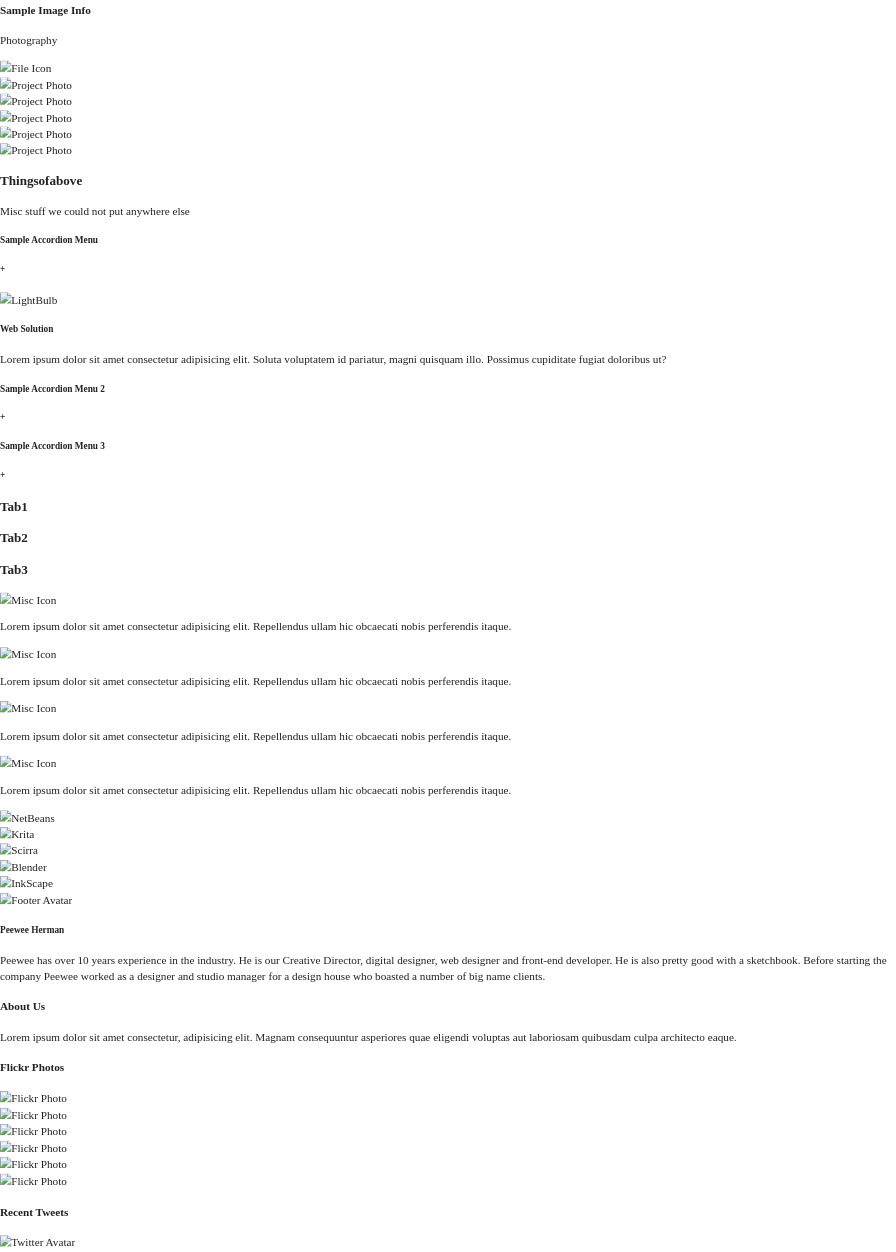
Repository: wilyyy/metrolics
Page: index.html
An editor plug-in stored every save of this project. The page is shown before and after the next save, followed by the edit.
The browser window is 1280 px wide. The pictures show the part of the page from y = 2551 to 4471 px (the page is 4339 px tall before and 4471 px after), at 70% of full size.

Above is the page before, as saved 2021-01-27 11:03:01.

### index.html
<!doctype html>
<html class="no-js" lang="">

<head>
  <meta charset="utf-8">
  <title>Home - Metrolics</title>
  <meta name="description" content="">
  <meta name="viewport" content="width=device-width, initial-scale=1">

  <meta property="og:title" content="">
  <meta property="og:type" content="">
  <meta property="og:url" content="">
  <meta property="og:image" content="">

  <link rel="manifest" href="site.webmanifest">
  <link rel="apple-touch-icon" href="icon.png">
  <!-- Place favicon.ico in the root directory -->

  <link rel="stylesheet" href="css/normalize.css">
  <link rel="stylesheet" href="css/main.css">

  <meta name="theme-color" content="#fafafa">
</head>

<body>

  <nav>
    <div class="logo">
      <h1 class="logo">Metrolics</h1>
      <img src="" alt="Metrolics Logo">
    </div>

    <div class="pages-container">
      <div class="page-button home">
        <img src="" alt="Page Icon" class="page-button-icon">
        <div>
          <p>Home</p>
        </div>
      </div>
      <div class="page-button pages">
        <img src="" alt="Page Icon" class="page-button-icon">
        <div>
          <p>Pages</p>
          <p>></p>
        </div>
      </div>
      <div class="page-button blog">
        <img src="" alt="Page Icon" class="page-button-icon">
        <div>
          <p>Blog</p>
          <p>></p>
        </div>
      </div>
      <div class="page-button portfolio">
        <img src="" alt="Page Icon" class="page-button-icon">
        <div>
          <p>Portfolio</p>
          <p>></p>
        </div>
      </div>
      <div class="page-button home-darkblue">
        <img src="" alt="Page Icon" class="page-button-icon">
        <div>
          <p>Home</p>
        </div>
      </div>
    </div>
  </nav>


  <header>
    <div class="column"></div>

    <div class="hero-image">
      <div class="arrow-containers">
        <div class="arrows">
          <img src="" alt="Left Arrow">
        </div>
        <div class="arrows">
          <img src="" alt="Right Arrow">
        </div>
      </div>
      <div class="header-info">
        <div class="header-info-container">
          <div class="header-info-indicator indicator-blue"></div>
          <h2>Metro Style</h2>
        </div>
        <div class="header-info-container">
          <div class="header-info-indicator indicator-salmon"></div>
          <h2>Retina Ready</h2>
        </div>
        <div class="header-info-container">
          <div class="header-info-indicator indicator-yellow"></div>
          <h2>Responsive Design</h2>
        </div>
      </div>
    </div>

    <div class="column"></div>
  </header>


  <main>
    <div>
      <h2>Hey guys! This is the Metrolics theme.
        It sports a responsive layout with a mobile layout.
      </h2>
    </div>

    <section>
      <div>
        <h3>Things That We Do</h3>
        <p>Ask us what we can do for you</p>
      </div>

      <div class="services-container">
        <div class="service">
          <img src="" alt="Web Solutions Icon">
          <h4>Web Solutions</h4>
          <p>We are a fairly small, flexible design studio that designs for print and web. We work flexibly
            with clients to fulfil their design needs. Whether you need to create a brand from scratch, including marketing materials and a beautiful and
            functional website or whether you are looking for a design refresh we are confident you will be pleased with the results.
          </p>
        </div>
      </div>

      <div class="services-container">
        <div class="service">
          <img src="" alt="Photography Icon">
          <h4>Photography</h4>
          <p>We are a fairly small, flexible design studio that designs for print and web. We work flexibly
            with clients to fulfil their design needs. Whether you need to create a brand from scratch, including marketing materials and a beautiful and
            functional website or whether you are looking for a design refresh we are confident you will be pleased with the results.
          </p>
        </div>
      </div>

      <div class="services-container">
        <div class="service">
          <img src="" alt="Web Development Icon">
          <h4>Web Development</h4>
          <p>We are a fairly small, flexible design studio that designs for print and web. We work flexibly
            with clients to fulfil their design needs. Whether you need to create a brand from scratch, including marketing materials and a beautiful and
            functional website or whether you are looking for a design refresh we are confident you will be pleased with the results.
          </p>
        </div>
      </div>

      <div class="services-container">
        <div class="service">
          <img src="" alt="Web Design Icon">
          <h4>Web Design</h4>
          <p>We are a fairly small, flexible design studio that designs for print and web. We work flexibly
            with clients to fulfil their design needs. Whether you need to create a brand from scratch, including marketing materials and a beautiful and
            functional website or whether you are looking for a design refresh we are confident you will be pleased with the results.
          </p>
        </div>
      </div>
    </section>

    <section>
      <div>
        <h3>What's Up Lately?</h3>
        <p>Read up on our latest work</p>
      </div>

      <div class="blog-container">
        <div class="blog">
          <div class="blog-image">
            <div class="blog-image-date">
              <h4>29</h4>
              <p>Nov. 2013</p>
            </div>
            <img src="" alt="Blog Image">
          </div>
          <div class="blog-image-info">
            <div>
              <h4>Sample Image Post</h4>
              <p>Photography</p>
            </div>
            <div class="blog-icon">
              <img src="" alt="Blog Icon">
            </div>
          </div>
        </div>
        <div class="blog">
          <div class="blog-image">
            <div class="blog-image-date">
              <h4>29</h4>
              <p>Nov. 2013</p>
            </div>
            <img src="" alt="Blog Image">
          </div>
          <div class="blog-image-info">
            <div>
              <h4>Sample Image Post</h4>
              <p>Photography</p>
            </div>
            <div class="blog-icon">
              <img src="" alt="Blog Icon">
            </div>
          </div>
        </div>
        <div class="blog">
          <div class="blog-image">
            <div class="blog-image-date">
              <h4>29</h4>
              <p>Nov. 2013</p>
            </div>
            <img src="" alt="Blog Image">
          </div>
          <div class="blog-image-info">
            <div>
              <h4>Sample Image Post</h4>
              <p>Photography</p>
            </div>
            <div class="blog-icon">
              <img src="" alt="Blog Icon">
            </div>
          </div>
        </div>
      </div>
    </section>

    <section>
      <div>
        <h3>Our Latest Projects</h3>
        <p>Client happy? We are happy</p>
      </div>

      <div class="project-photo">
        <img src="" alt="Project Photo">
        <div class="project-photo-hover">
          <div class="hover-info">
            <div>
              <h4>Sample Image Info</h4>
              <p>Photography</p>
            </div>
            <div class="info-icon">
              <img src="" alt="File Icon">
            </div>
          </div>
        </div>
      </div>

      <div class="project-photo">
        <img src="" alt="Project Photo">
      </div>

      <div class="project-photo">
        <img src="" alt="Project Photo">
      </div>

      <div class="project-photo">
        <img src="" alt="Project Photo">
      </div>

      <div class="project-photo">
        <img src="" alt="Project Photo">
      </div>

      <div class="project-photo">
        <img src="" alt="Project Photo">
      </div>
    </section>

    <section>
      <div>
        <h3>Thingsofabove</h3>
        <p>Misc stuff we could not put anywhere else</p>
      </div>

      <div class="misc-container">
        <div class="sample-menu">
          <div class="sample-featured">
            <div class="sample-header sample-header-blue">
              <h5>Sample Accordion Menu</h5>
              <h5>+</h5>
            </div>
            <div class="sample-content">
              <img src="" alt="LightBulb">
              <div>
                <h5>Web Solution</h5>
                <p>Lorem ipsum dolor sit amet consectetur adipisicing elit. Soluta voluptatem id pariatur, magni quisquam illo.
                  Possimus cupiditate fugiat doloribus ut?</p>
              </div>
            </div>
          </div>
          <div class="sample-header">
            <h5>Sample Accordion Menu 2</h5>
            <h5>+</h5>
          </div>
          <div class="sample-header">
            <h5>Sample Accordion Menu 3</h5>
            <h5>+</h5>
          </div>
        </div>

        <div class="tab-menu">
          <div class="tab-container">
            <div>
              <h3 class="tab-active">Tab1</h3>
            </div>
            <div>
              <h3 class="tab-inactive">Tab2</h3>
            </div>
            <div>
              <h3 class="tab-inactive">Tab3</h3>
            </div>
          </div>
          <div class="tab-content">
            <div class="tab-content-row">
              <img src="" alt="Misc Icon" class="misc-icon-salmon">
              <p>Lorem ipsum dolor sit amet consectetur adipisicing elit. Repellendus ullam hic obcaecati nobis perferendis itaque.</p>
            </div>
            <div class="tab-content-row">
              <img src="" alt="Misc Icon" class="misc-icon-green">
              <p>Lorem ipsum dolor sit amet consectetur adipisicing elit. Repellendus ullam hic obcaecati nobis perferendis itaque.</p>
            </div>
            <div class="tab-content-row">
              <img src="" alt="Misc Icon" class="misc-icon-yellow">
              <p>Lorem ipsum dolor sit amet consectetur adipisicing elit. Repellendus ullam hic obcaecati nobis perferendis itaque.</p>
            </div>
            <div class="tab-content-row">
              <img src="" alt="Misc Icon" class="misc-icon-purple">
              <p>Lorem ipsum dolor sit amet consectetur adipisicing elit. Repellendus ullam hic obcaecati nobis perferendis itaque.</p>
            </div>
          </div>
        </div>
      </div>
    </section>

    <section class="sponsors">
      <div>
        <img src="" alt="NetBeans">
      </div>
      <div>
        <img src="" alt="Krita">
      </div>
      <div>
        <img src="" alt="Scirra">
      </div>
      <div>
        <img src="" alt="Blender">
      </div>
      <div>
        <img src="" alt="InkScape">
      </div>
    </section>
  </main>


  <footer>
    <div class="bio">
      <div class="bio-avatar">
        <img src="" alt="Footer Avatar">
      </div>
      <div class="bio-info">
        <h5>Peewee Herman</h5>
        <p>Peewee has over 10 years experience in the industry. He is our Creative Director, digital designer, web designer and
          front-end developer. He is also pretty good with a sketchbook. Before starting the company
           Peewee worked as a designer and studio manager for a design house who boasted a number of big name clients.
        </p>
      </div>
    </div>

    <div class="footer-info">
      <div class="footer-info-container">
        <h4>About Us</h4>
        <p>Lorem ipsum dolor sit amet consectetur, adipisicing elit.
          Magnam consequuntur asperiores quae eligendi voluptas aut laboriosam quibusdam culpa architecto eaque.
        </p>
      </div>

      <div class="footer-info-container">
        <h4>Flickr Photos</h4>
        <div class="flickr-container">
          <div class="flickr-photo"><img src="" alt="Flickr Photo"></div>
          <div class="flickr-photo"><img src="" alt="Flickr Photo"></div>
          <div class="flickr-photo"><img src="" alt="Flickr Photo"></div>
          <div class="flickr-photo"><img src="" alt="Flickr Photo"></div>
          <div class="flickr-photo"><img src="" alt="Flickr Photo"></div>
          <div class="flickr-photo"><img src="" alt="Flickr Photo"></div>
        </div>
      </div>

      <div class="footer-info-container">
        <h4>Recent Tweets</h4>
        <div class="twitter-container">
          <div class="twitter-avatar"><img src="" alt="Twitter Avatar"></div>
          <div class="tweet">
            <strong class="twitter-username"></strong>
          </div>
        </div>
      </div>
    </div>
  </footer>


  <script src="js/vendor/modernizr-3.11.2.min.js"></script>
  <script src="js/plugins.js"></script>
  <script src="js/main.js"></script>

  <!-- Google Analytics: change UA-XXXXX-Y to be your site's ID. -->
  <script>
    window.ga = function () { ga.q.push(arguments) }; ga.q = []; ga.l = +new Date;
    ga('create', 'UA-XXXXX-Y', 'auto'); ga('set', 'anonymizeIp', true); ga('set', 'transport', 'beacon'); ga('send', 'pageview')
  </script>
  <script src="https://www.google-analytics.com/analytics.js" async></script>
</body>

</html>

### css/main.css
/*! HTML5 Boilerplate v8.0.0 | MIT License | https://html5boilerplate.com/ */

/* main.css 2.1.0 | MIT License | https://github.com/h5bp/main.css#readme */
/*
 * What follows is the result of much research on cross-browser styling.
 * Credit left inline and big thanks to Nicolas Gallagher, Jonathan Neal,
 * Kroc Camen, and the H5BP dev community and team.
 */

/* ==========================================================================
   Base styles: opinionated defaults
   ========================================================================== */

html {
  color: #222;
  font-size: 1em;
  line-height: 1.4;
}

/*
 * Remove text-shadow in selection highlight:
 * https://twitter.com/miketaylr/status/12228805301
 *
 * Vendor-prefixed and regular ::selection selectors cannot be combined:
 * https://stackoverflow.com/a/16982510/7133471
 *
 * Customize the background color to match your design.
 */

::-moz-selection {
  background: #b3d4fc;
  text-shadow: none;
}

::selection {
  background: #b3d4fc;
  text-shadow: none;
}

/*
 * A better looking default horizontal rule
 */

hr {
  display: block;
  height: 1px;
  border: 0;
  border-top: 1px solid #ccc;
  margin: 1em 0;
  padding: 0;
}

/*
 * Remove the gap between audio, canvas, iframes,
 * images, videos and the bottom of their containers:
 * https://github.com/h5bp/html5-boilerplate/issues/440
 */

audio,
canvas,
iframe,
img,
svg,
video {
  vertical-align: middle;
}

/*
 * Remove default fieldset styles.
 */

fieldset {
  border: 0;
  margin: 0;
  padding: 0;
}

/*
 * Allow only vertical resizing of textareas.
 */

textarea {
  resize: vertical;
}

/* ==========================================================================
   Author's custom styles
   ========================================================================== */

/* ==========================================================================
   Helper classes
   ========================================================================== */

/*
 * Hide visually and from screen readers
 */

.hidden,
[hidden] {
  display: none !important;
}

/*
 * Hide only visually, but have it available for screen readers:
 * https://snook.ca/archives/html_and_css/hiding-content-for-accessibility
 *
 * 1. For long content, line feeds are not interpreted as spaces and small width
 *    causes content to wrap 1 word per line:
 *    https://medium.com/@jessebeach/beware-smushed-off-screen-accessible-text-5952a4c2cbfe
 */

.sr-only {
  border: 0;
  clip: rect(0, 0, 0, 0);
  height: 1px;
  margin: -1px;
  overflow: hidden;
  padding: 0;
  position: absolute;
  white-space: nowrap;
  width: 1px;
  /* 1 */
}

/*
 * Extends the .sr-only class to allow the element
 * to be focusable when navigated to via the keyboard:
 * https://www.drupal.org/node/897638
 */

.sr-only.focusable:active,
.sr-only.focusable:focus {
  clip: auto;
  height: auto;
  margin: 0;
  overflow: visible;
  position: static;
  white-space: inherit;
  width: auto;
}

/*
 * Hide visually and from screen readers, but maintain layout
 */

.invisible {
  visibility: hidden;
}

/*
 * Clearfix: contain floats
 *
 * For modern browsers
 * 1. The space content is one way to avoid an Opera bug when the
 *    `contenteditable` attribute is included anywhere else in the document.
 *    Otherwise it causes space to appear at the top and bottom of elements
 *    that receive the `clearfix` class.
 * 2. The use of `table` rather than `block` is only necessary if using
 *    `:before` to contain the top-margins of child elements.
 */

.clearfix::before,
.clearfix::after {
  content: " ";
  display: table;
}

.clearfix::after {
  clear: both;
}

/* ==========================================================================
   EXAMPLE Media Queries for Responsive Design.
   These examples override the primary ('mobile first') styles.
   Modify as content requires.
   ========================================================================== */

@media only screen and (min-width: 35em) {
  /* Style adjustments for viewports that meet the condition */
}

@media print,
  (-webkit-min-device-pixel-ratio: 1.25),
  (min-resolution: 1.25dppx),
  (min-resolution: 120dpi) {
  /* Style adjustments for high resolution devices */
}

/* ==========================================================================
   Print styles.
   Inlined to avoid the additional HTTP request:
   https://www.phpied.com/delay-loading-your-print-css/
   ========================================================================== */

@media print {
  *,
  *::before,
  *::after {
    background: #fff !important;
    color: #000 !important;
    /* Black prints faster */
    box-shadow: none !important;
    text-shadow: none !important;
  }

  a,
  a:visited {
    text-decoration: underline;
  }

  a[href]::after {
    content: " (" attr(href) ")";
  }

  abbr[title]::after {
    content: " (" attr(title) ")";
  }

  /*
   * Don't show links that are fragment identifiers,
   * or use the `javascript:` pseudo protocol
   */
  a[href^="#"]::after,
  a[href^="javascript:"]::after {
    content: "";
  }

  pre {
    white-space: pre-wrap !important;
  }

  pre,
  blockquote {
    border: 1px solid #999;
    page-break-inside: avoid;
  }

  /*
   * Printing Tables:
   * https://web.archive.org/web/20180815150934/http://css-discuss.incutio.com/wiki/Printing_Tables
   */
  thead {
    display: table-header-group;
  }

  tr,
  img {
    page-break-inside: avoid;
  }

  p,
  h2,
  h3 {
    orphans: 3;
    widows: 3;
  }

  h2,
  h3 {
    page-break-after: avoid;
  }
}

### js/plugins.js
// Avoid `console` errors in browsers that lack a console.
(function() {
  var method;
  var noop = function () {};
  var methods = [
    'assert', 'clear', 'count', 'debug', 'dir', 'dirxml', 'error',
    'exception', 'group', 'groupCollapsed', 'groupEnd', 'info', 'log',
    'markTimeline', 'profile', 'profileEnd', 'table', 'time', 'timeEnd',
    'timeline', 'timelineEnd', 'timeStamp', 'trace', 'warn'
  ];
  var length = methods.length;
  var console = (window.console = window.console || {});

  while (length--) {
    method = methods[length];

    // Only stub undefined methods.
    if (!console[method]) {
      console[method] = noop;
    }
  }
}());

// Place any jQuery/helper plugins in here.

Loaded but not shown: css/normalize.css (library); js/vendor/modernizr-3.11.2.min.js (library); js/main.js (no stored copy; drawn as an empty file)

After the next save:
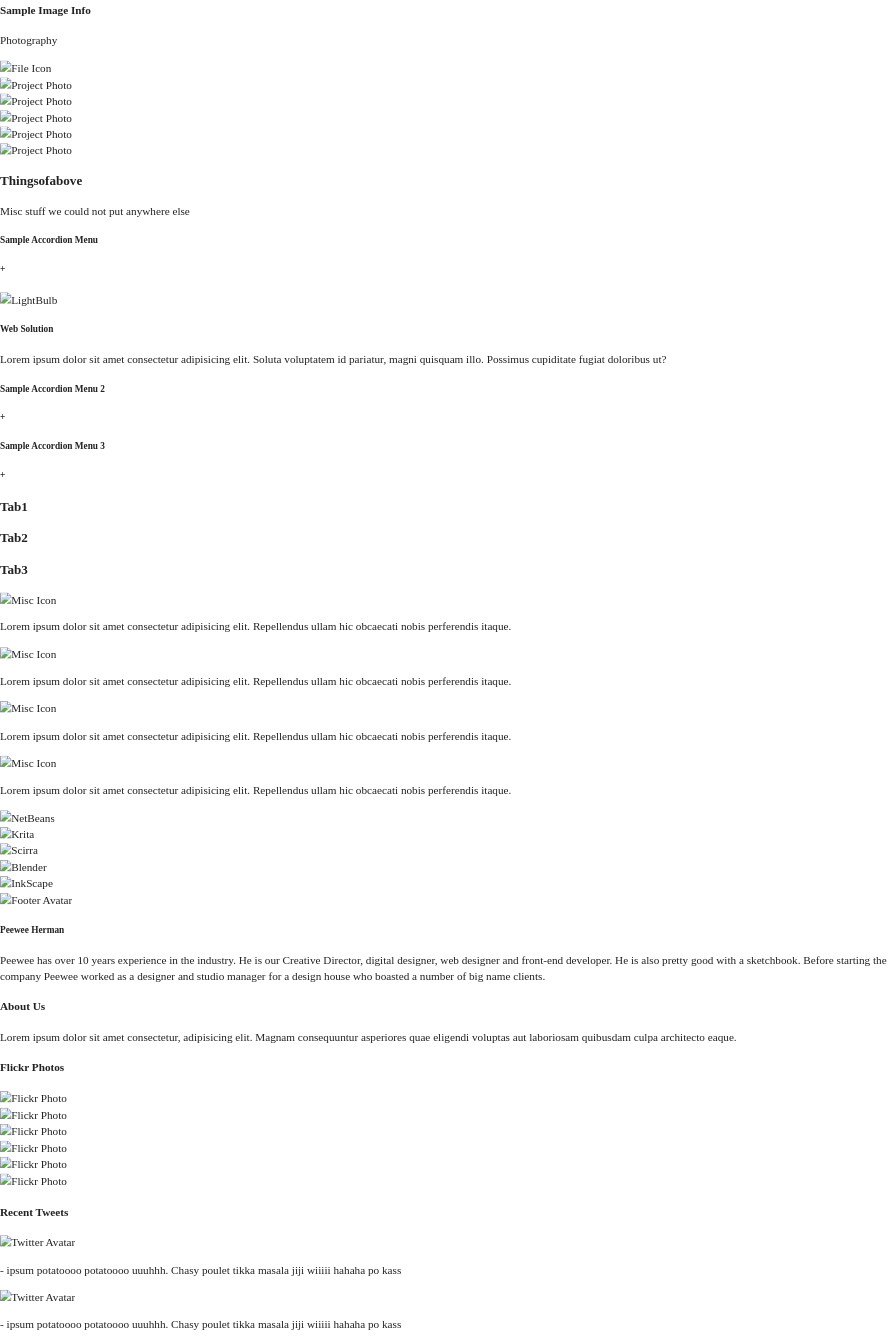
Saved 38 s later.
--- a/index.html
+++ b/index.html
@@ -389,7 +389,13 @@
         <div class="twitter-container">
           <div class="twitter-avatar"><img src="" alt="Twitter Avatar"></div>
           <div class="tweet">
-            <strong class="twitter-username"></strong>
+            <p><strong class="twitter-username"></strong> - ipsum potatoooo potatoooo uuuhhh. Chasy poulet tikka masala jiji wiiiii hahaha po kass</p>
+          </div>
+        </div>
+        <div class="twitter-container">
+          <div class="twitter-avatar"><img src="" alt="Twitter Avatar"></div>
+          <div class="tweet">
+            <p><strong class="twitter-username"></strong> - ipsum potatoooo potatoooo uuuhhh. Chasy poulet tikka masala jiji wiiiii hahaha po kass</p>
           </div>
         </div>
       </div>
